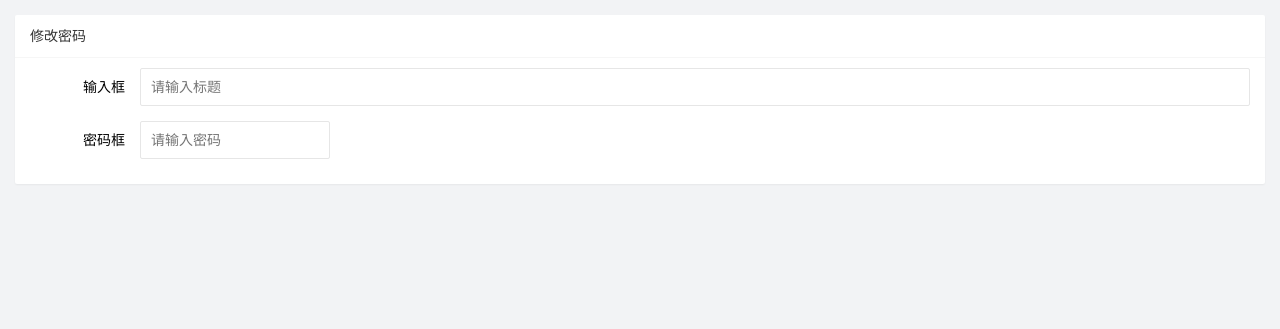
Repository: R1Deemo/Main-project
Page: user/user_pwd.html
The author's editor kept a copy of each file at every save. The page is drawn from the files as they stood at one save, then again after the next save.
The browser window is 1280 px wide. The pictures show the whole page.

Above is the page before, as saved 2022-10-31 09:17:40.

### user/user_pwd.html
<!DOCTYPE html>
<html lang="en">

<head>
    <meta charset="UTF-8">
    <meta http-equiv="X-UA-Compatible" content="IE=edge">
    <meta name="viewport" content="width=device-width, initial-scale=1.0">
    <title>Document</title>
    <link rel="stylesheet" href="/assets/lib/layui/css/layui.css">
    <link rel="stylesheet" href="/assets/css/user/user_pwd.css">
</head>

<body>
    <div class="layui-card">
        <div class="layui-card-header">修改密码</div>
        <div class="layui-card-body">
            <form class="layui-form" action="">
                <div class="layui-form-item">
                    <label class="layui-form-label">输入框</label>
                    <div class="layui-input-block">
                        <input type="text" name="title" required lay-verify="required" placeholder="请输入标题" autocomplete="off" class="layui-input">
                    </div>
                </div>
                <div class="layui-form-item">
                    <label class="layui-form-label">密码框</label>
                    <div class="layui-input-inline">
                        <input type="password" name="password" required lay-verify="required" placeholder="请输入密码" autocomplete="off" class="layui-input">
                    </div>
                </div>
            </form>
        </div>
    </div>

</body>

</html>

Loaded but not shown: assets/lib/layui/css/layui.css (library); assets/css/user/user_pwd.css (common file)

After the next save:
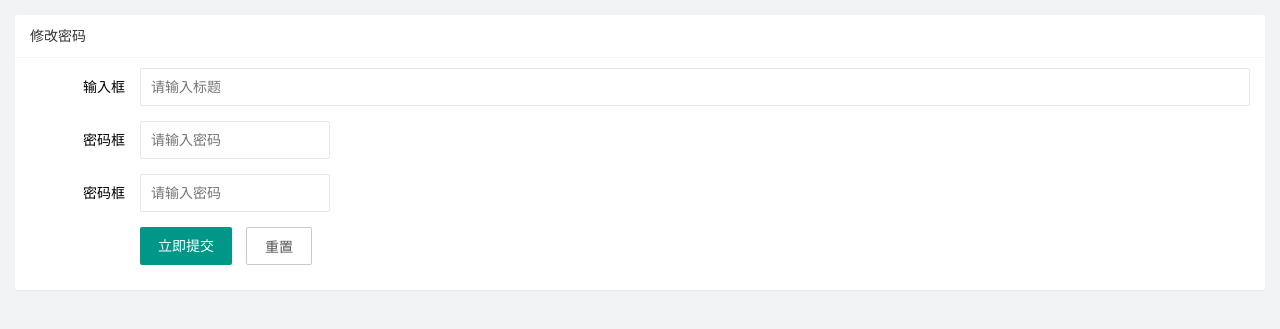
Saved 102 s later.
--- a/user/user_pwd.html
+++ b/user/user_pwd.html
@@ -27,6 +27,18 @@
                         <input type="password" name="password" required lay-verify="required" placeholder="请输入密码" autocomplete="off" class="layui-input">
                     </div>
                 </div>
+                <div class="layui-form-item">
+                    <label class="layui-form-label">密码框</label>
+                    <div class="layui-input-inline">
+                        <input type="password" name="password" required lay-verify="required" placeholder="请输入密码" autocomplete="off" class="layui-input">
+                    </div>
+                </div>
+                <div class="layui-form-item">
+                    <div class="layui-input-block">
+                        <button class="layui-btn" lay-submit lay-filter="formDemo">立即提交</button>
+                        <button type="reset" class="layui-btn layui-btn-primary">重置</button>
+                    </div>
+                </div>
             </form>
         </div>
     </div>
